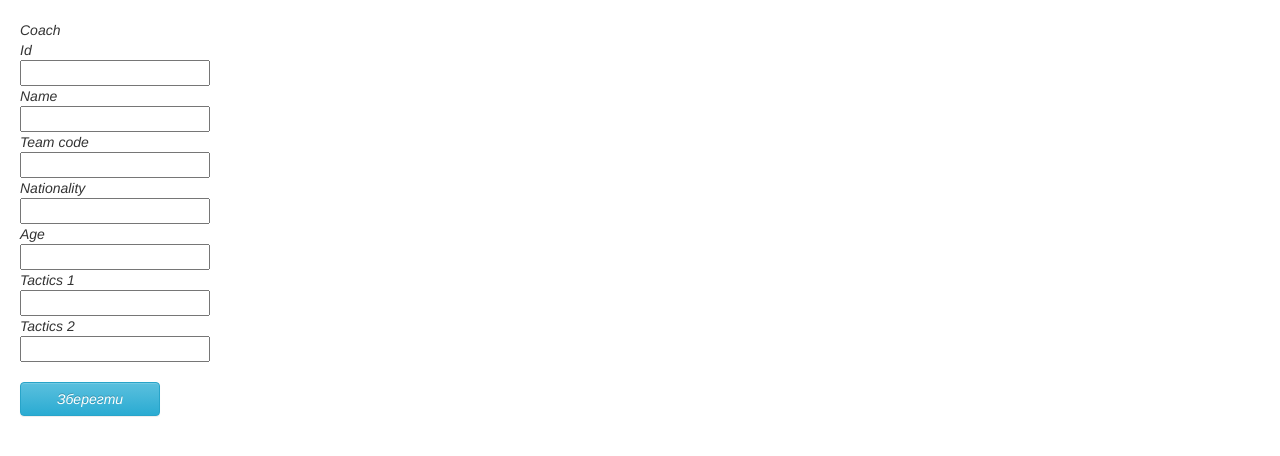
Repository: polik1996/StatisticManager
Page: StatisticsManager/WebContent/inputCoach.html
These files come from the project's save history. The page is drawn as it stood at one moment and after the next save; the edit follows.
The browser window is 1280 px wide. The pictures show the whole page.

Above is the page before, as saved 2016-06-14 16:40:15.
Console error (its wording comes from the project's code and is left out).

After the next save:
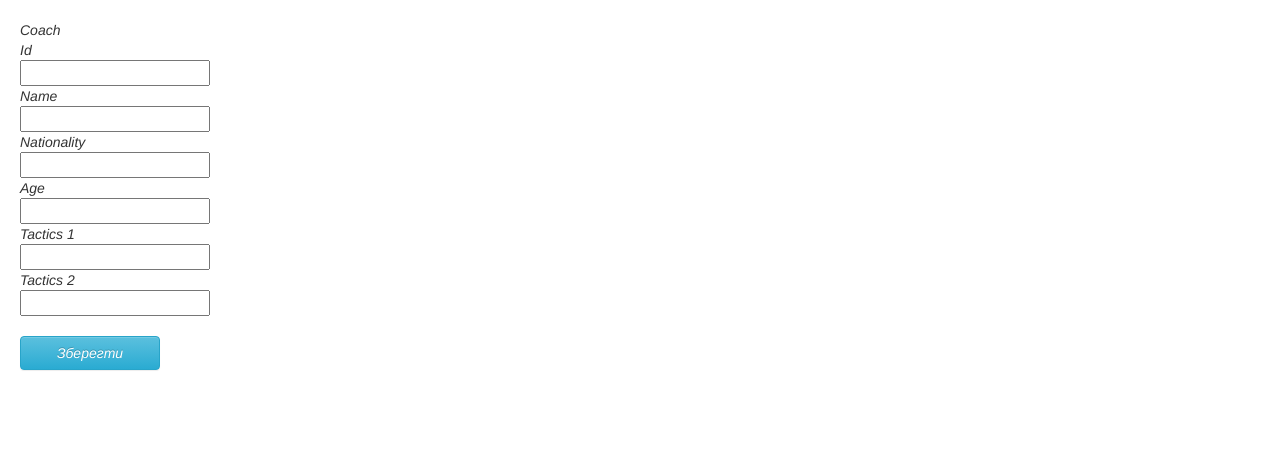
Saved 31 s later.
--- a/StatisticsManager/WebContent/inputCoach.html
+++ b/StatisticsManager/WebContent/inputCoach.html
@@ -40,11 +40,6 @@
 		</tr>
 		<tr>
 		<td>
-			Team code  <input type="text" name="coach">
-		</td>
-		</tr>
-		<tr>
-		<td>
 			Nationality  <input type="text" name="national">
 		</td>
 		</tr>
@@ -55,12 +50,12 @@
 		</tr>
 		<tr>
 		<td>
-			Tactics 1 <input type="text" name="tacties_1">
+			Tactics 1 <input type="text" name="tactics_1">
 		</td>
 		</tr>
 		<tr>
 		<td>
-			Tactics 2  <input type="text" name="tacties_2">
+			Tactics 2  <input type="text" name="tactics_2">
 		</td>
 		</tr>
 
